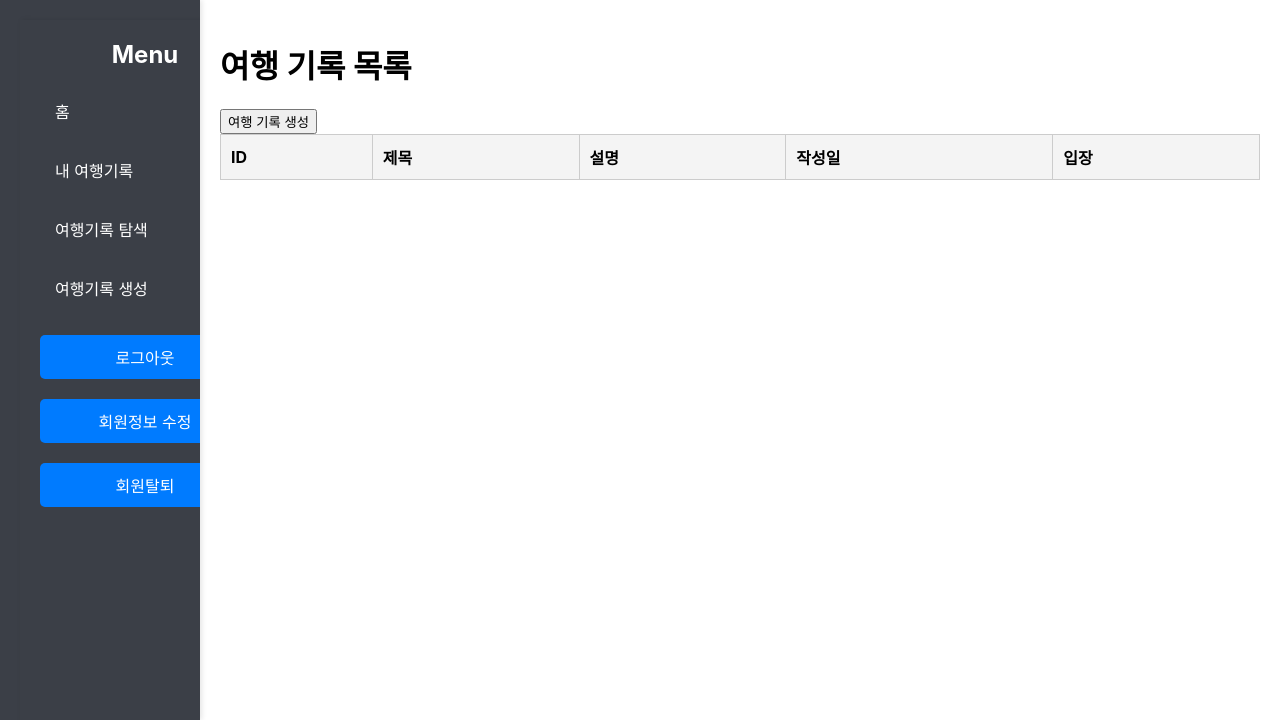
Repository: gimm5550/frontend2
Page: /mainlist
An editor plug-in stored every save of this project. The page is shown before and after the next save, followed by the edit.
The browser window is 1280 px wide. The pictures show the whole page.
The page's requests for data from a server got no answer. The project was rebuilt for these pictures with package versions that can differ from the ones it lists, and the page was loaded fresh each time. No one was signed in, and anything a server would have sent is missing. Also part of the build but not shown: src/url.js, src/components/common/KakaoLoginButton.js, src/components/FromServer.js, src/components/common/Footer.js, src/components/common/Header.js, src/components/layout/LandingPageLayout.js, src/components/LoginForm.js, src/components/layout/LoginFormLayout.js and 22 more.

Above is the page before, as saved 2024-11-20 17:37:48.

After the next save:
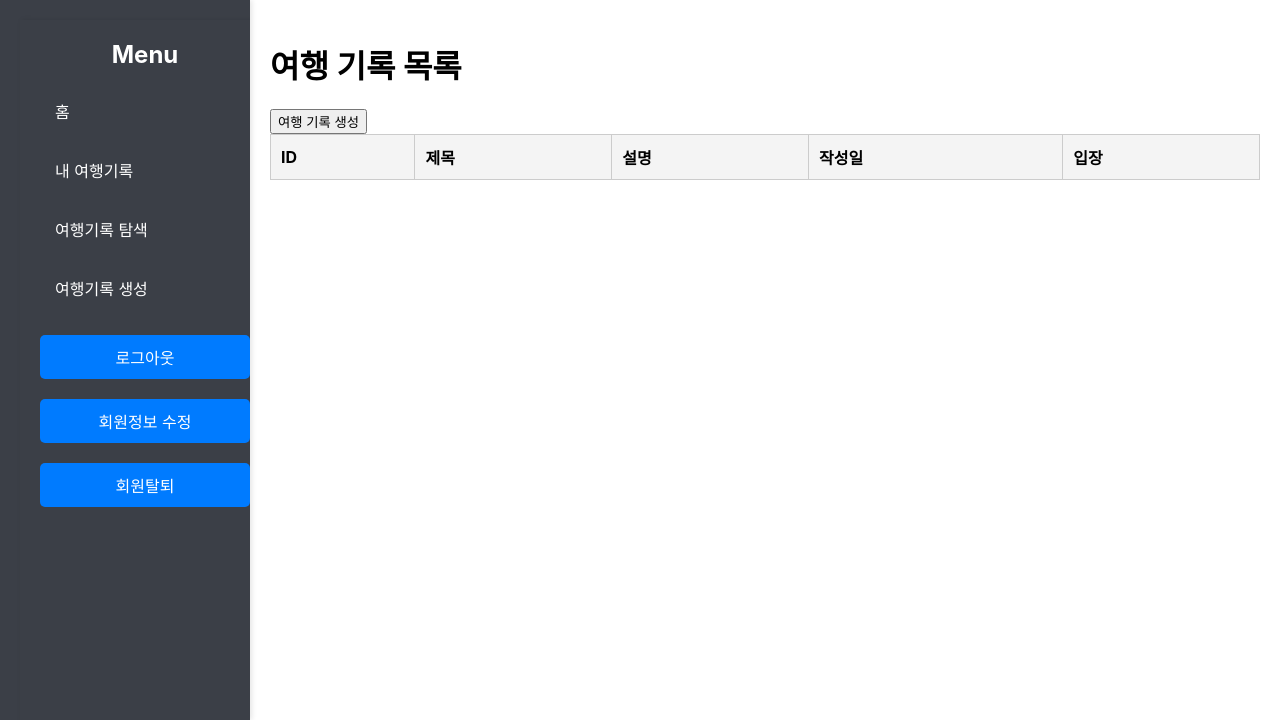
Saved 17 s later.
--- a/src/App.js
+++ b/src/App.js
@@ -33,7 +33,7 @@ function App() {
         <div className="layout">
           <div class="menu-bar" style={{
     display: isLoginPage ? 'none' : 'block', // 로그인 페이지에서는 완전히 숨김
-    width: isLoginPage ? '0' : '200px',
+    width: isLoginPage ? '0' : '250px',
   }}>
             <MenuBar></MenuBar>
           </div>
